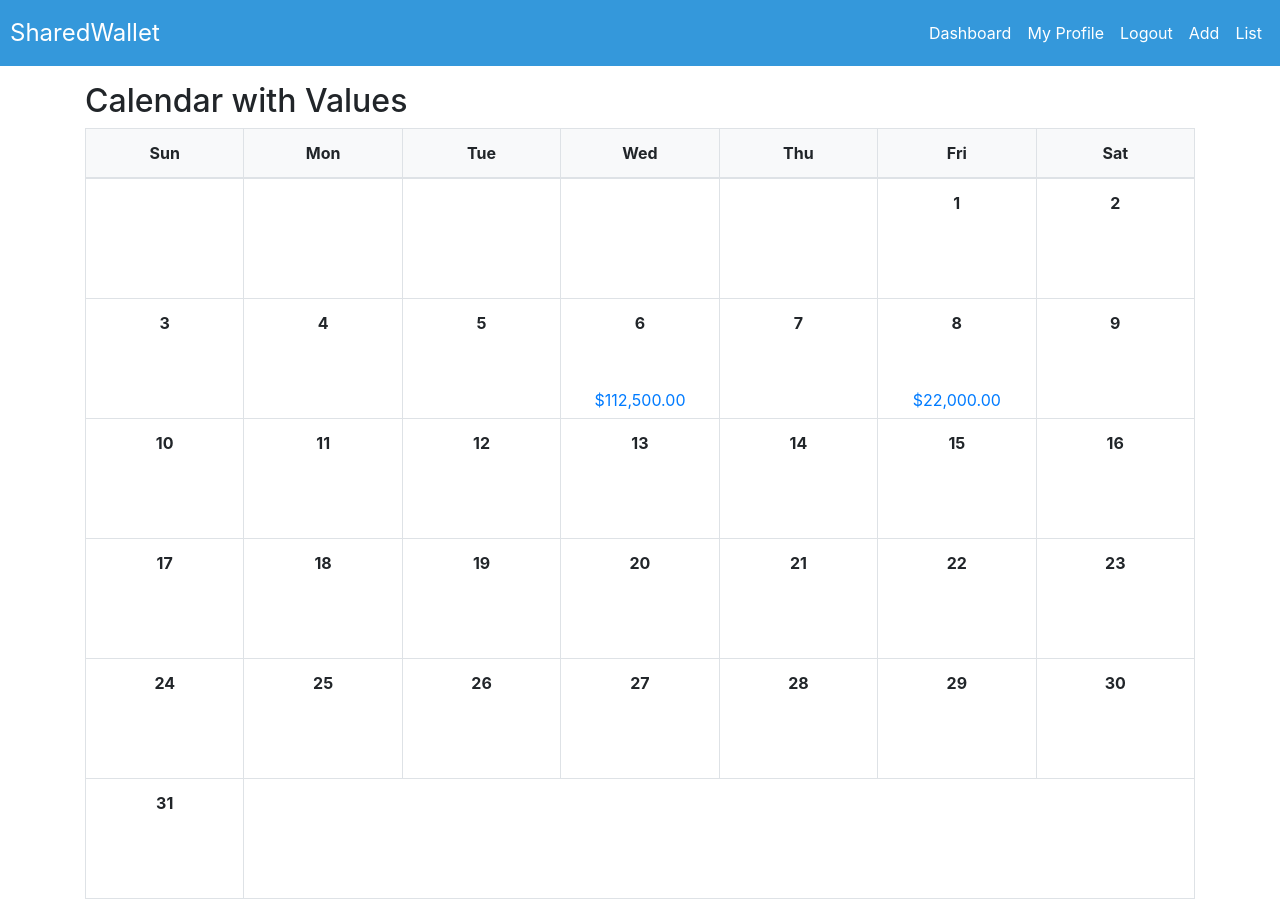
Repository: YoonHakyoung/SharedWallet
Page: http://localhost/Final_Exam/WEB-INF/views/asset/calender.jsp
These files come from the project's save history. The page is drawn as it stood at one moment and after the next save; the edit follows.
The browser window is 1280 px wide. The pictures show the whole page.
Some web fonts or font styles are not loaded; a fallback is used. The page is served by Tomcat 9. Nobody is signed in. The template is opened directly, without the code that normally fills it, so the values that code supplies are empty.

Above is the page before, as saved 2023-12-10 07:26:06.

After the next save:
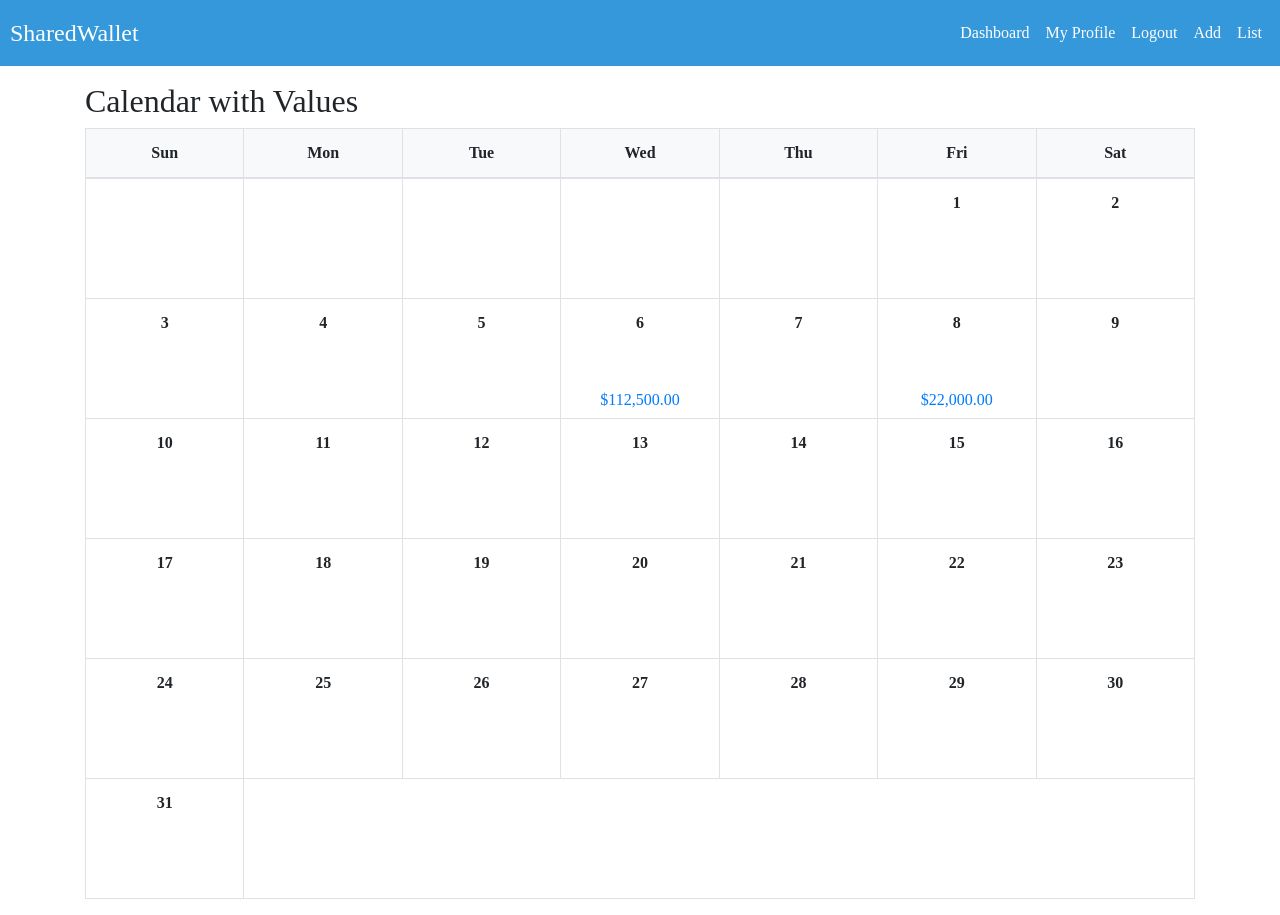
Saved 46 s later.
--- a/Spring/Project/Final Exam/src/main/webapp/WEB-INF/views/asset/calender.jsp
+++ b/Spring/Project/Final Exam/src/main/webapp/WEB-INF/views/asset/calender.jsp
@@ -14,7 +14,16 @@
     <!-- 부트스트랩 CSS -->
     <link rel="stylesheet" href="https://stackpath.bootstrapcdn.com/bootstrap/4.3.1/css/bootstrap.min.css">
     <style>
-        /* 추가 또는 수정된 부분은 여기에 기술하세요 */
+        @font-face {
+            font-family: 'SUITE-Regular';
+            src: url('https://cdn.jsdelivr.net/gh/projectnoonnu/noonfonts_2304-2@1.0/SUITE-Regular.woff2') format('woff2');
+            font-weight: 700;
+            font-style: normal;
+        }
+        body{
+        	font-family: 'SUITE-Regular';
+        }
+
         table {
             border-collapse: collapse;
             width: 100%;
